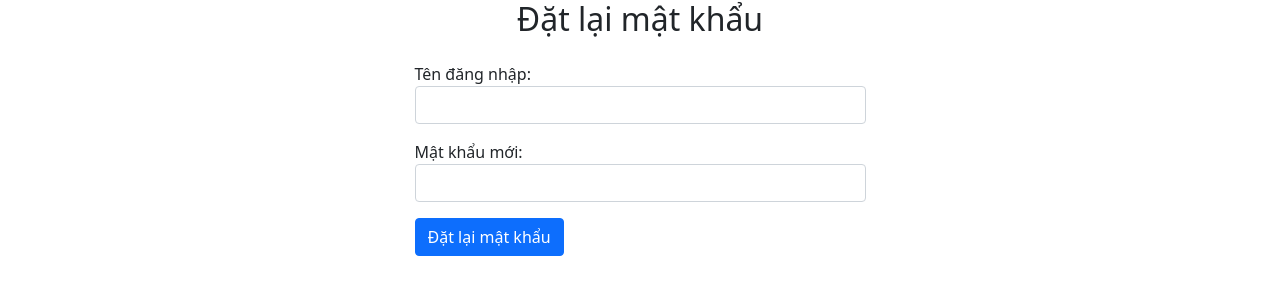
Repository: Carwyn1101/NguyenDinhHongPhuc_22133041
Page: http://localhost/LapTrinhWeb/views/forgetPassword.jsp
These files come from the project's save history. The page is drawn as it stood at one moment and after the next save; the edit follows.
The browser window is 1280 px wide. The pictures show the whole page.
The page is served by Tomcat 10. Nobody is signed in. The application's start-up code is not run.

Above is the page before, as saved 2024-09-15 05:43:00.

After the next save:
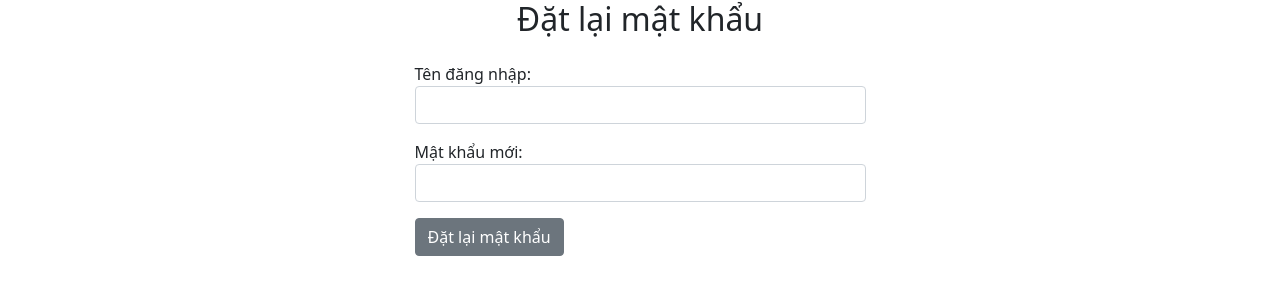
Saved 4 min 17 s later.
--- a/LapTrinhWeb/src/main/webapp/views/forgetPassword.jsp
+++ b/LapTrinhWeb/src/main/webapp/views/forgetPassword.jsp
@@ -28,7 +28,8 @@
                         <input type="password" id="newPassword" name="newPassword" class="form-control" required />
                     </div>
                     <div class="form-group mt-3">
-                        <button type="submit" class="btn btn-primary">Đặt lại mật khẩu</button>
+                        <button type="submit" class="btn btn-secondary"
+                          onclick="window.location.href='views/forgetPassword.jsp'"> Đặt lại mật khẩu</button>
                     </div>
                 </form>
             </div>
